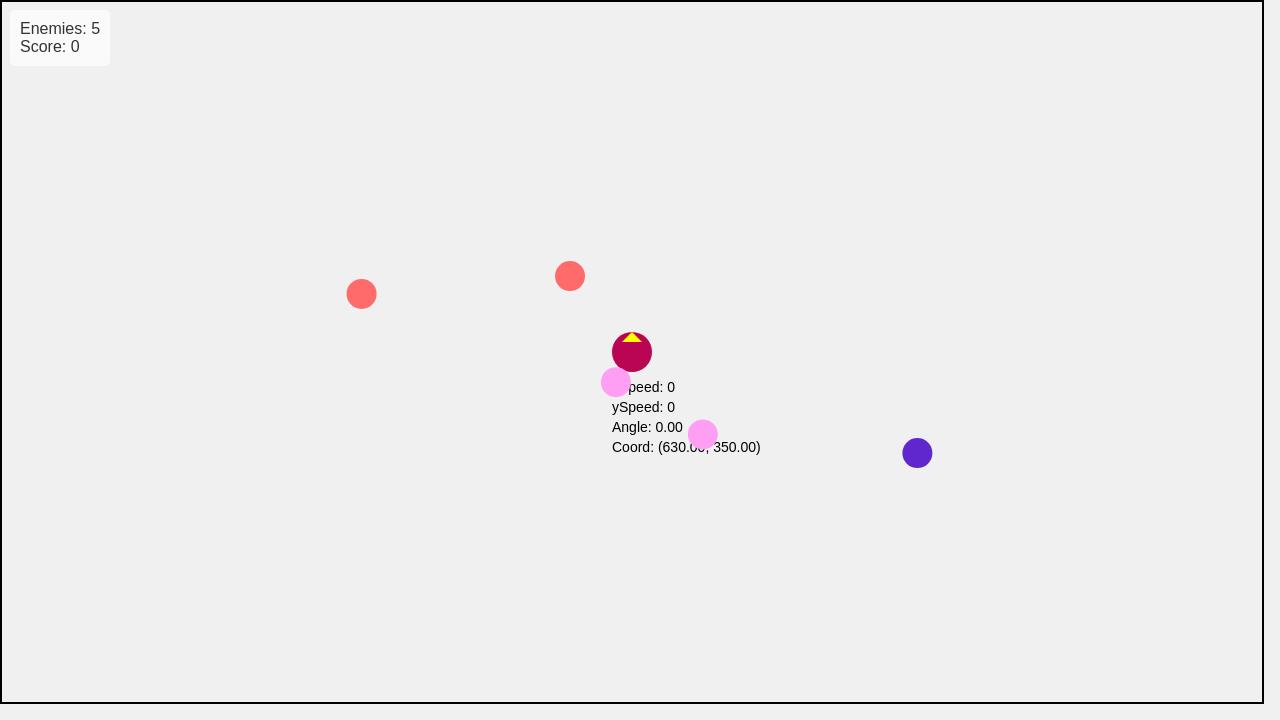
Repository: Nathasan1410/Zombs-Killa
Page: Canvas/index.html
An editor plug-in stored every save of this project. The page is shown before and after the next save, followed by the edit.
The browser window is 1280 px wide. The pictures show the whole page.

Above is the page before, as saved 2024-11-26 17:08:03.

### Canvas/index.html
<!DOCTYPE html>
<html lang="en">
<head>
  <meta charset="UTF-8" />
  <meta name="viewport" content="width=device-width, initial-scale=1.0" />
  <title>Zombs Killa</title>
  <style>
    body {
      margin: 0;
      overflow: hidden;
      background-color: #f0f0f0;
      font-family: Arial, sans-serif;
    }
    #gameStats {
      position: absolute;
      top: 10px;
      left: 10px;
      color: #333;
      background-color: rgba(255,255,255,0.7);
      padding: 10px;
      border-radius: 5px;
    }
    #myCanvas {
      border: 2px solid #000000;
    }
  </style>
</head>
<body>
  <div id="gameStats">
    <div>Enemies: <span id="enemyCount">0</span></div>
    <div>Score: <span id="scoreDisplay">0</span></div>
  </div>
  <canvas id="myCanvas"></canvas>
  <script>
    // Canvas Setup
    const canvas = document.getElementById("myCanvas");
    const ctx = canvas.getContext("2d");
    canvas.width = window.innerWidth - 20;
    canvas.height = window.innerHeight - 20;

    // Game Configuration
    const GAME_CONFIG = {
      enemyCount: 5,
      enemyRadius: 15,
      enemySpeed: 1.5,
      spawnInterval: 3000,
      difficulty: 1
    };

    class Ammo {
  constructor(x, y) {
    this.x = x;
    this.y = y;
    this.radius = 10;
    this.color = "#00ff00"; // Green for ammo
  }

  draw() {
    ctx.beginPath();
    ctx.arc(this.x, this.y, this.radius, 0, 2 * Math.PI);
    ctx.fillStyle = this.color;
    ctx.fill();
  }
}


    // Enemy Class
    class Enemy {
      constructor(x, y, target) {
        this.x = x;
        this.y = y;
        this.radius = GAME_CONFIG.enemyRadius;
        this.color = this.getRandomColor();
        this.target = target;
        this.speed = GAME_CONFIG.enemySpeed;
      }

      getRandomColor() {
        const colors = ['#ff6b6b', '#ff9ff3', '#54a0ff', '#5f27cd'];
        return colors[Math.floor(Math.random() * colors.length)];
      }

      move() {
        const dx = this.target.x - this.x;
        const dy = this.target.y - this.y;

        const distance = Math.sqrt(dx * dx + dy * dy);

        // Slight randomness in movement
        const randomFactor = 0.1 * (Math.random() - 0.5);

        const directionX = (dx / distance) * (this.speed + randomFactor);
        const directionY = (dy / distance) * (this.speed + randomFactor);

        // Tambahkan pengecekan tabrakan dengan enemy lain
        const game = window.game; // Akses game state global
        const proposedX = this.x + directionX;
        const proposedY = this.y + directionY;

        // Cek tabrakan dengan enemy lain
        const isColliding = game.enemies.some(otherEnemy => {
          if (otherEnemy === this) return false; // Hindari pengecekan dengan diri sendiri

          const dx = otherEnemy.x - proposedX;
          const dy = otherEnemy.y - proposedY;
          const distance = Math.sqrt(dx * dx + dy * dy);

          // Jika jarak kurang dari diameter, berarti saling tumpang tindih
          return distance < (this.radius + otherEnemy.radius);
        });

        // Hanya update posisi jika tidak ada tabrakan
        if (!isColliding) {
          this.x = proposedX;
          this.y = proposedY;
        }
      }

      draw() {
        ctx.beginPath();
        ctx.arc(this.x, this.y, this.radius, 0, 2 * Math.PI);
        ctx.fillStyle = this.color;
        ctx.fill();
      }

      checkCollision() {
        const dx = this.x - this.target.x;
        const dy = this.y - this.target.y;
        const distance = Math.sqrt(dx * dx + dy * dy);

        return distance < (this.radius + this.target.radius);
      }
    }

    // Player Class
    class Player {
      constructor() {
        this.x = canvas.width / 2;
        this.y = canvas.height / 2;
        this.radius = 20;
        this.color = this.getRandomColor();
        this.xSpeed = 0;
        this.ySpeed = 0;
        this.maxSpeed = 5;
        this.acceleration = 0.5;
        this.angle = 0;
      }

      getRandomColor() {
        return "#" + (((1 << 24) * Math.random()) | 0).toString(16);
      }

      draw() {
        ctx.save();
        ctx.translate(this.x, this.y);
        ctx.rotate(this.angle * Math.PI);

        // Player body
        ctx.beginPath();
        ctx.arc(0, 0, this.radius, 0, 2 * Math.PI);
        ctx.fillStyle = this.color;
        ctx.fill();

        // Direction indicator
        ctx.beginPath();
        ctx.moveTo(0, -this.radius);
        ctx.lineTo(10, -10);
        ctx.lineTo(-10, -10);
        ctx.closePath();
        ctx.fillStyle = "#ffff00";
        ctx.fill();

        ctx.restore();

        // Display player info
        ctx.fillStyle = "#000000";
        ctx.font = "14px Arial";
        ctx.fillText(`xSpeed: ${this.xSpeed}`, this.x - this.radius, this.y + this.radius + 20);
        ctx.fillText(`ySpeed: ${this.ySpeed}`, this.x - this.radius, this.y + this.radius + 40);
        ctx.fillText(`Angle: ${this.angle.toFixed(2)}`, this.x - this.radius, this.y + this.radius + 60);
        ctx.fillText(`Coord: (${this.x.toFixed(2)}, ${this.y.toFixed(2)})`, this.x - this.radius, this.y + this.radius + 80);
      }

      move() {
        this.x += this.xSpeed;
        this.y += this.ySpeed;

        // Boundary handling
        this.x = Math.max(this.radius, Math.min(canvas.width - this.radius, this.x));
        this.y = Math.max(this.radius, Math.min(canvas.height - this.radius, this.y));
      }

      updateAngle(targetX, targetY) {
        const dx = targetX - this.x;
        const dy = targetY - this.y;
        this.angle = Math.atan2(dy, dx) / Math.PI + 0.5;
      }
    }

    // Projectile Class
    class Projectile {
      constructor(x, y, angle) {
        this.x = x;
        this.y = y;
        this.radius = 5;
        this.speed = 10;
        this.angle = angle;
        this.color = "orange";
      }

      move() {
        this.x += Math.cos((this.angle - 0.5) * Math.PI) * this.speed;
        this.y += Math.sin((this.angle - 0.5) * Math.PI) * this.speed;
      }

      draw() {
        ctx.beginPath();
        ctx.arc(this.x, this.y, this.radius, 0, 2 * Math.PI);
        ctx.fillStyle = this.color;
        ctx.fill();
      }

      isOutOfBounds() {
        return (
          this.x < 0 ||
          this.x > canvas.width ||
          this.y < 0 ||
          this.y > canvas.height
        );
      }
    }

    // Game State
    class GameState {
      constructor() {
        this.player = new Player();
        this.enemies = [];
        this.projectiles = [];
        this.score = 0;
        this.gameOver = false;
      }

      spawnEnemy() {
        if (this.enemies.length >= GAME_CONFIG.enemyCount) return;

        const spawnEdges = [
          { x: -50, y: Math.random() * canvas.height },
          { x: canvas.width + 50, y: Math.random() * canvas.height },
          { x: Math.random() * canvas.width, y: -50 },
          { x: Math.random() * canvas.width, y: canvas.height + 50 }
        ];

        let attempts = 0;
        while (attempts < 10) {
          const spawnPoint = spawnEdges[Math.floor(Math.random() * spawnEdges.length)];
          const potentialEnemy = new Enemy(spawnPoint.x, spawnPoint.y, this.player);

          // Periksa tabrakan dengan enemy lain
          const isColliding = this.enemies.some(existingEnemy => {
            // Kembangkan metode checkCollision untuk enemy
            const dx = existingEnemy.x - potentialEnemy.x;
            const dy = existingEnemy.y - potentialEnemy.y;
            const distance = Math.sqrt(dx * dx + dy * dy);
            return distance < (existingEnemy.radius + potentialEnemy.radius);
          });

          // Jika tidak ada tabrakan, tambahkan enemy
          if (!isColliding) {
            this.enemies.push(potentialEnemy);
            document.getElementById('enemyCount').textContent = this.enemies.length;
            break;
          }

          attempts++;
        }
      }

      checkCollisions() {
        // Enemy-Projectile Collisions
        for (let i = this.enemies.length - 1; i >= 0; i--) {
          for (let j = this.projectiles.length - 1; j >= 0; j--) {
            const enemy = this.enemies[i];
            const projectile = this.projectiles[j];

            const dx = enemy.x - projectile.x;
            const dy = enemy.y - projectile.y;
            const distance = Math.sqrt(dx * dx + dy * dy);

            if (distance < enemy.radius + projectile.radius) {
              this.enemies.splice(i, 1);
              this.projectiles.splice(j, 1);
              this.score += 10;
              document.getElementById('scoreDisplay').textContent = this.score;
              document.getElementById('enemyCount').textContent = this.enemies.length;
              break;
            }
          }
        }

        // Player-Enemy Collisions
        for (let enemy of this.enemies) {
          if (enemy.checkCollision()) {
            this.gameOver = true;
            alert(`Game Over! Score: ${this.score}`);
            break;
          }
        }
      }

      update() {
        if (this.gameOver) return;

        // Move player
        this.player.move();

        // Move and manage enemies
        this.enemies.forEach(enemy => enemy.move());

        // Move and filter projectiles
        this.projectiles = this.projectiles.filter(projectile => {
          projectile.move();
          return !projectile.isOutOfBounds();
        });

        // Check collisions
        this.checkCollisions();
      }

      draw() {
        ctx.clearRect(0, 0, canvas.width, canvas.height);

        this.player.draw();
        this.enemies.forEach(enemy => enemy.draw());
        this.projectiles.forEach(projectile => projectile.draw());
      }
    }

    // Game Instance
    const game = new GameState();

    // Input Handling
    const keys = {};
    window.addEventListener("keydown", (e) => {
      keys[e.key] = true;

      // Difficulty adjustment
      if (e.key === '+') {
        GAME_CONFIG.enemyCount++;
        game.spawnEnemy();
      }
      if (e.key === '-' && GAME_CONFIG.enemyCount > 0) {
        GAME_CONFIG.enemyCount--;
        if (game.enemies.length > GAME_CONFIG.enemyCount) {
          game.enemies.pop();
          document.getElementById('enemyCount').textContent = game.enemies.length;
        }
      }
    });
    window.addEventListener("keyup", (e) => (keys[e.key] = false));

    // Movement
    function handleMovement() {
      if (keys["a"] && game.player.xSpeed > -game.player.maxSpeed)
        game.player.xSpeed -= game.player.acceleration;
      if (keys["d"] && game.player.xSpeed < game.player.maxSpeed)
        game.player.xSpeed += game.player.acceleration;
      if (keys["w"] && game.player.ySpeed > -game.player.maxSpeed)
        game.player.ySpeed -= game.player.acceleration;
      if (keys["s"] && game.player.ySpeed < game.player.maxSpeed)
        game.player.ySpeed += game.player.acceleration;

      // Friction
      if (!keys["a"] && !keys["d"]) game.player.xSpeed *= 0.9;
      if (!keys["w"] && !keys["s"]) game.player.ySpeed *= 0.9;
    }

    // Shooting
    window.addEventListener("mousedown", (e) => {
      const targetX = e.pageX - canvas.offsetLeft;
      const targetY = e.pageY - canvas.offsetTop;
      game.player.updateAngle(targetX, targetY);

      const projectile = new Projectile(game.player.x, game.player.y, game.player.angle);
      game.projectiles.push(projectile);
    });

    // Initial enemy spawning
    for (let i = 0; i < GAME_CONFIG.enemyCount; i++) {
      game.spawnEnemy();
    }

    // Periodic enemy spawning
    setInterval(() => game.spawnEnemy(), GAME_CONFIG.spawnInterval);

    // Game Loop
    function gameLoop() {
      handleMovement();
      game.update();
      game.draw();
      requestAnimationFrame(gameLoop);
    }

    // Start Game
    window.game = game;
    gameLoop();
  </script>
</body>
</html>

After the next save:
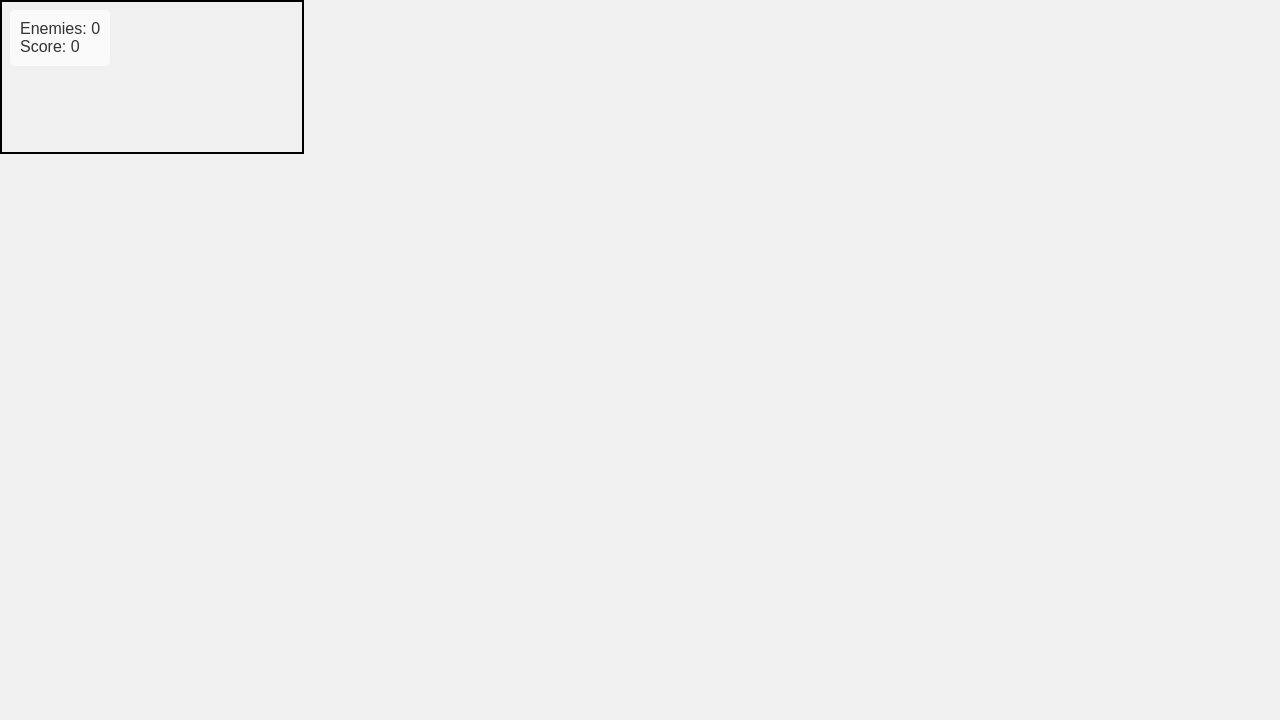
Console error: SyntaxError: Unexpected token '{'
Saved 86 s later.
--- a/Canvas/index.html
+++ b/Canvas/index.html
@@ -232,13 +232,38 @@
 
     // Game State
     class GameState {
-      constructor() {
-        this.player = new Player();
-        this.enemies = [];
-        this.projectiles = [];
-        this.score = 0;
-        this.gameOver = false;
-      }
+  constructor() {
+    this.player = new Player();
+    this.enemies = [];
+    this.projectiles = [];
+    this.ammo = []; // Array of ammo objects
+    this.ammoCount = 5; // Initial ammo
+    this.score = 0;
+    this.gameOver = false;
+  }
+
+  spawnAmmo() {
+    const ammoX = Math.random() * (canvas.width - 50) + 25;
+    const ammoY = Math.random() * (canvas.height - 50) + 25;
+    this.ammo.push(new Ammo(ammoX, ammoY));
+  }
+
+  collectAmmo() {
+    for (let i = this.ammo.length - 1; i >= 0; i--) {
+      const bullet = this.ammo[i];
+      const dx = bullet.x - this.player.x;
+      const dy = bullet.y - this.player.y;
+      const distance = Math.sqrt(dx * dx + dy * dy);
+
+      if (distance < bullet.radius + this.player.radius) {
+        this.ammo.splice(i, 1); // Remove ammo from the canvas
+        this.ammoCount++; // Increase ammo count
+        document.getElementById('scoreDisplay').textContent = this.ammoCount;
+      }
+    }
+  }
+}
+
 
       spawnEnemy() {
         if (this.enemies.length >= GAME_CONFIG.enemyCount) return;
@@ -376,13 +401,19 @@
 
     // Shooting
     window.addEventListener("mousedown", (e) => {
-      const targetX = e.pageX - canvas.offsetLeft;
-      const targetY = e.pageY - canvas.offsetTop;
-      game.player.updateAngle(targetX, targetY);
-
-      const projectile = new Projectile(game.player.x, game.player.y, game.player.angle);
-      game.projectiles.push(projectile);
-    });
+  if (game.ammoCount > 0) {
+    const targetX = e.pageX - canvas.offsetLeft;
+    const targetY = e.pageY - canvas.offsetTop;
+    game.player.updateAngle(targetX, targetY);
+
+    const projectile = new Projectile(game.player.x, game.player.y, game.player.angle);
+    game.projectiles.push(projectile);
+
+    game.ammoCount--; // Decrease ammo count
+    document.getElementById('scoreDisplay').textContent = game.ammoCount;
+  }
+});
+
 
     // Initial enemy spawning
     for (let i = 0; i < GAME_CONFIG.enemyCount; i++) {
@@ -394,6 +425,7 @@
 
     // Game Loop
     function gameLoop() {
+      setInterval(() => game.spawnAmmo(), 5000); // Ammo spawns every 5 seconds
       handleMovement();
       game.update();
       game.draw();
